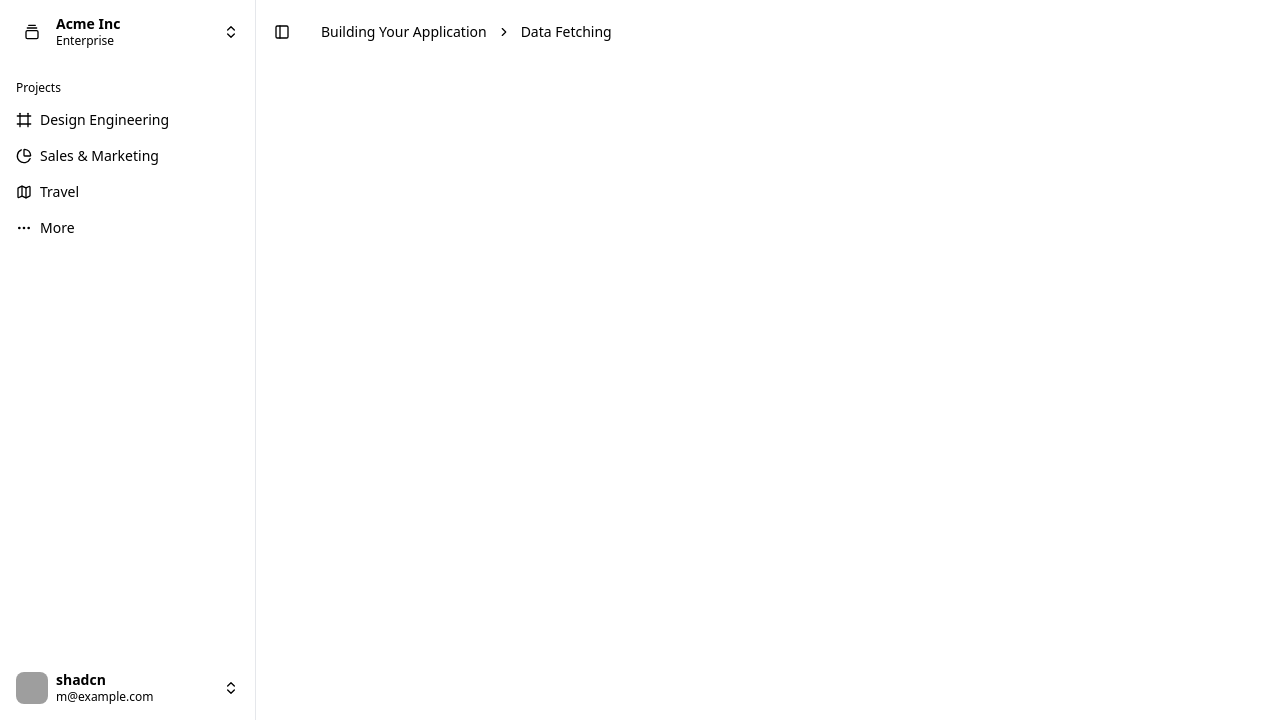
Repository: Kukaas/Kukaass-Portfolio
Page: /
These files come from the project's save history. The page is drawn as it stood at one moment and after the next save; the edit follows.
The browser window is 1280 px wide. The pictures show the whole page.
Pictures or frames that could not be fetched are drawn as grey boxes. The project was rebuilt for these pictures with package versions that can differ from the ones it lists, and the page was loaded fresh each time. Also part of the build but not shown: vite.config.js, src/components/ui/collapsible.jsx, src/components/ui/input.jsx, src/components/ui/sheet.jsx, src/components/ui/skeleton.jsx, src/components/ui/tooltip.jsx, src/components/nav-main.jsx.

Above is the page before, as saved 2024-12-17 13:01:59.

After the next save:
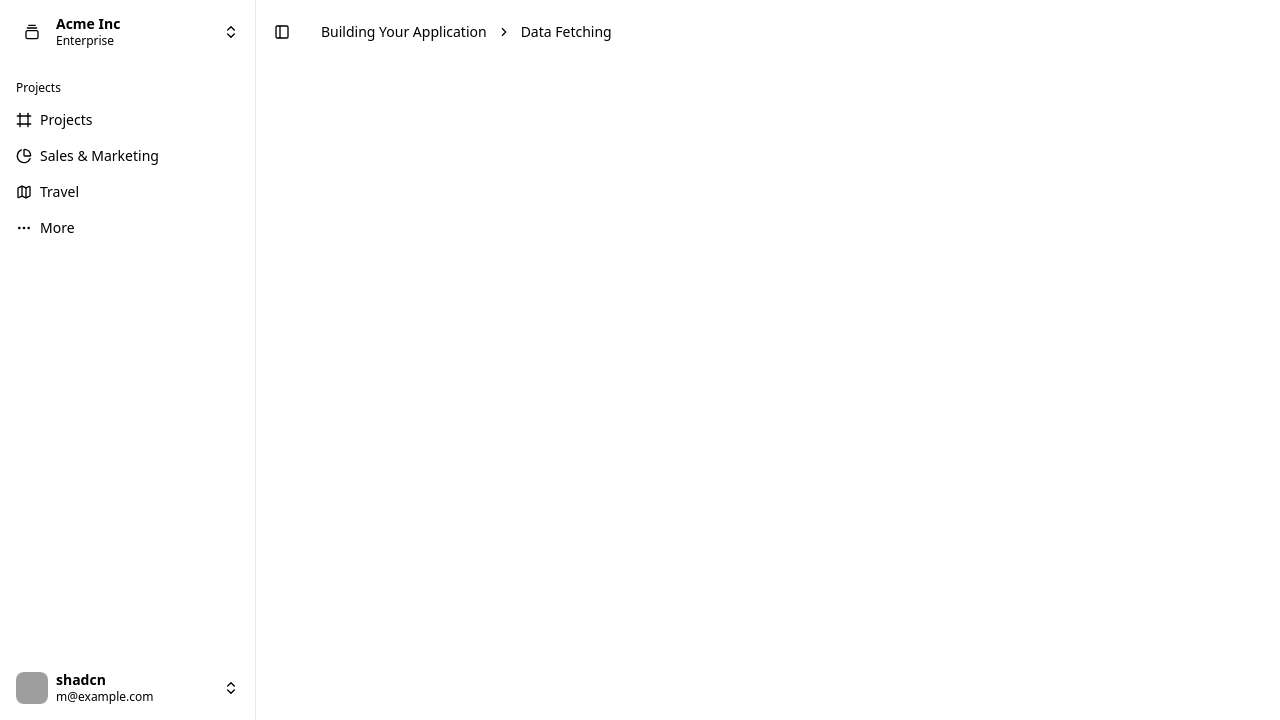
Saved 2 min 20 s later.
--- a/src/components/app-sidebar.jsx
+++ b/src/components/app-sidebar.jsx
@@ -1,18 +1,12 @@
-import * as React from "react";
 import {
   AudioWaveform,
-  BookOpen,
-  Bot,
   Command,
   Frame,
   GalleryVerticalEnd,
   Map,
   PieChart,
-  Settings2,
-  SquareTerminal,
 } from "lucide-react";
 
-import { NavMain } from "@/components/nav-main";
 import { NavProjects } from "@/components/nav-projects";
 import { NavUser } from "@/components/nav-user";
 import { TeamSwitcher } from "@/components/team-switcher";
@@ -51,7 +45,7 @@ const data = {
 
   projects: [
     {
-      name: "Design Engineering",
+      name: "Projects",
       url: "#",
       icon: Frame,
     },
